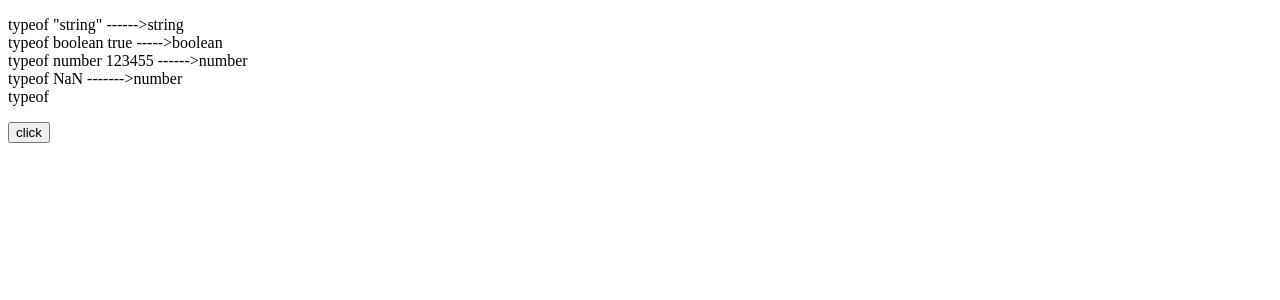
Repository: SlimShadyBaby/study-vue
Page: code/003-JavaScript/1-数据类型/structure.html
These files come from the project's save history. The page is drawn as it stood at one moment and after the next save; the edit follows.
The browser window is 1280 px wide. The pictures show the whole page.
After loading, the first visible `input` was clicked once.

Above is the page before, as saved 2021-09-07 20:39:30.

After the next save:
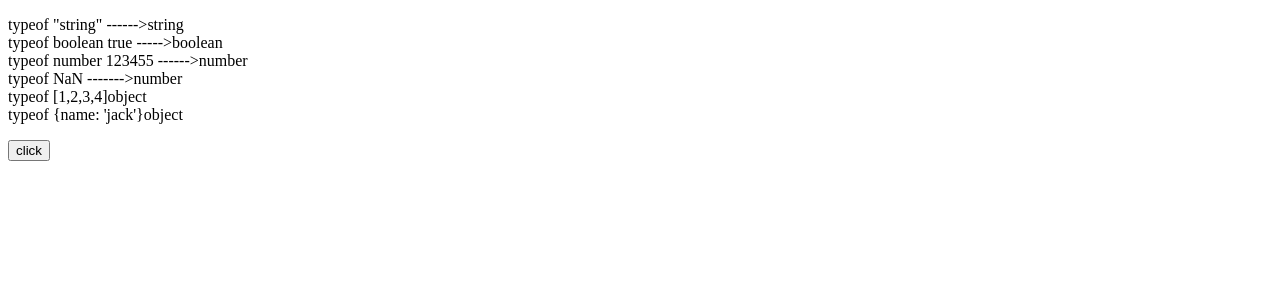
Saved 103 s later.
--- a/code/003-JavaScript/1-数据类型/structure.html
+++ b/code/003-JavaScript/1-数据类型/structure.html
@@ -12,7 +12,9 @@
             "typeof boolean true ----->" + typeof true + "<br>" +
             "typeof number 123455 ------>" + typeof 123455 + "<br>" +
             "typeof NaN ------->" + typeof NaN + "<br>" +
-            "typeof "
+            "typeof [1,2,3,4]" + typeof [1,2,3,4] + "<br>" +
+            "typeof {name: 'jack'}" + typeof {name: "jack"} + "<br>" +
+            ""
         }
 
     </script>
